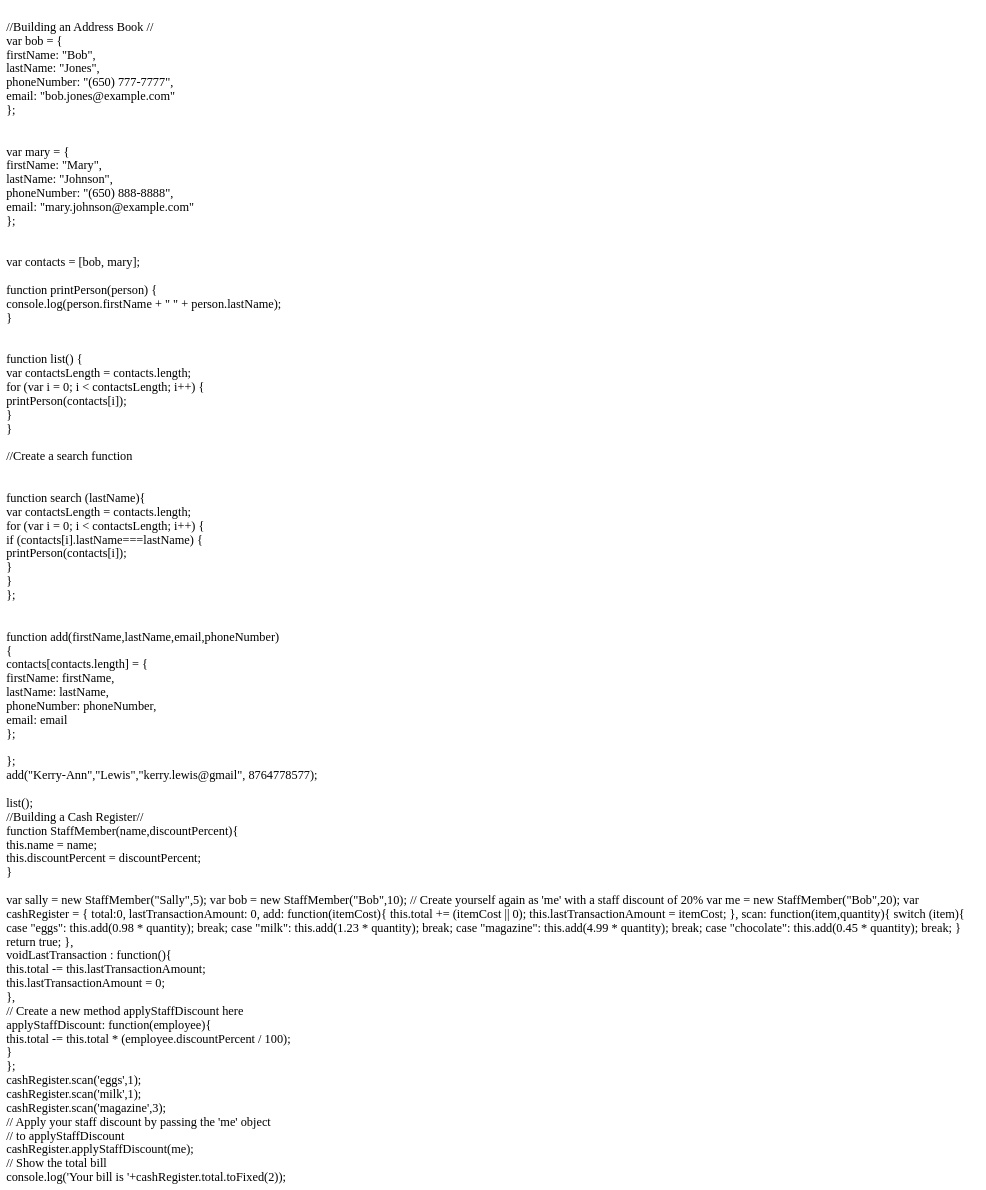
Repository: kernicole/info2180project1
Page: script.html
The author's editor kept a record of every edit. The page is drawn from the files as they stood at one moment, then again after the next edit.
The browser window is 1280 px wide. The pictures show the whole page, at 77% of full size.

Above is the page before.

After the next edit:
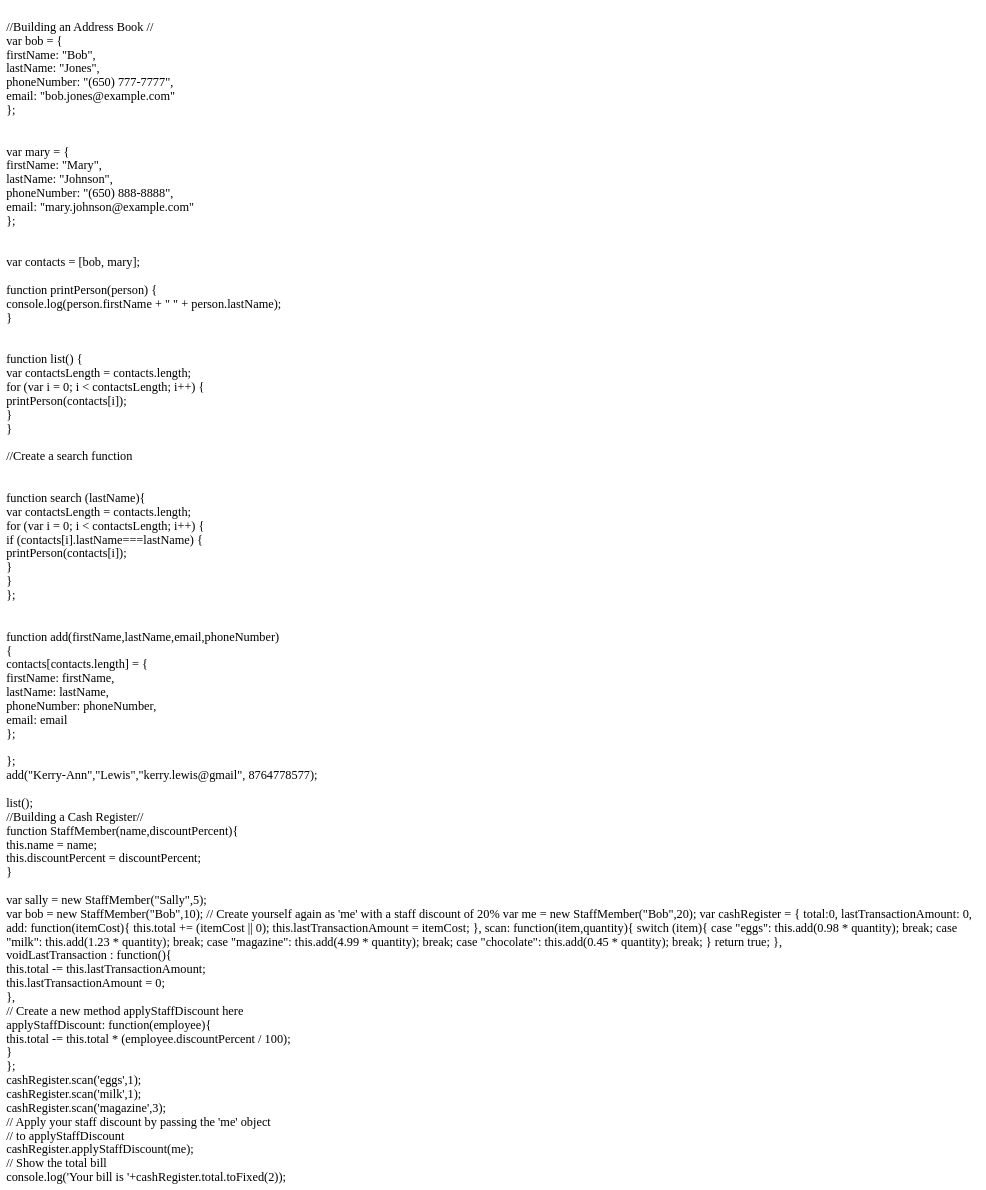
The edit:
--- a/script.html
+++ b/script.html
@@ -83,7 +83,7 @@
 <br/>}
 <br/>
 <br/>var sally = new StaffMember("Sally",5);
-var bob = new StaffMember("Bob",10);
+<br/>var bob = new StaffMember("Bob",10);
 
 // Create yourself again as 'me' with a staff discount of 20%
 var me = new StaffMember("Bob",20);
